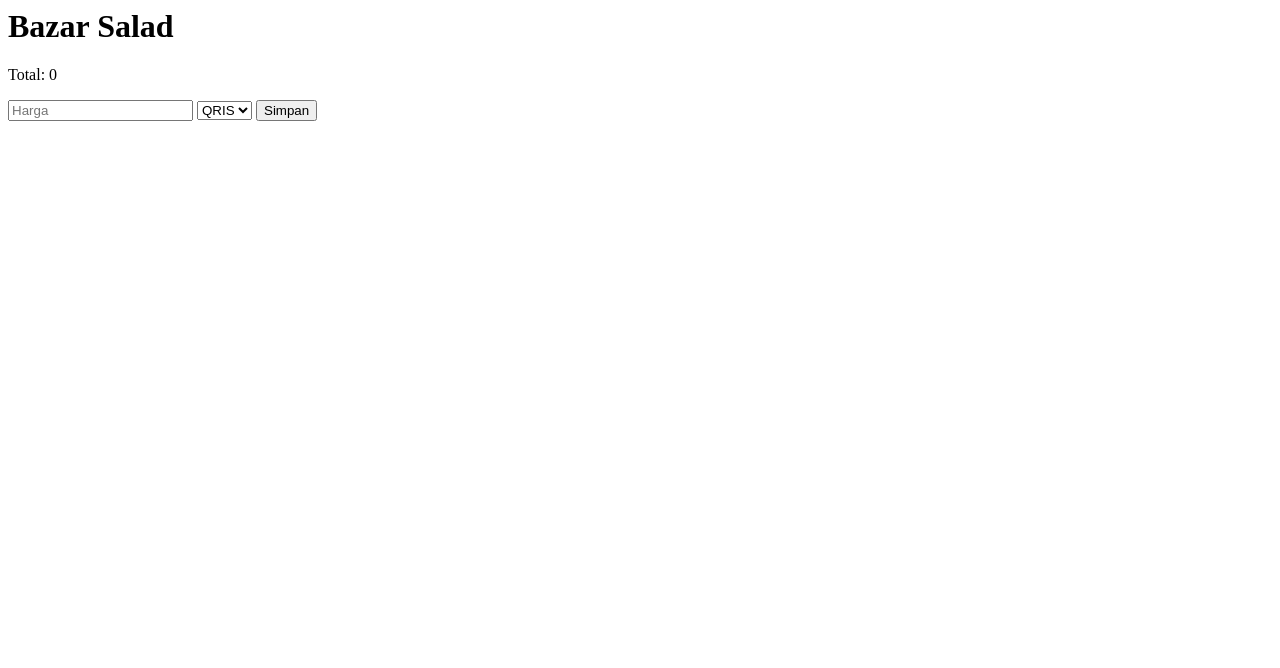
Repository: Tenno1208/bazar-app
Page: http://localhost/transaksi
An editor plug-in stored every save of this project. The page is shown before and after the next save, followed by the edit.
The browser window is 1280 px wide. The pictures show the whole page.
The page is served by the project's Laravel application, run on PHP 8.4 with Laravel 12. Queries for data that is not in the repository find no rows.

Above is the page before, as saved 2026-03-27 14:24:36.

After the next save:
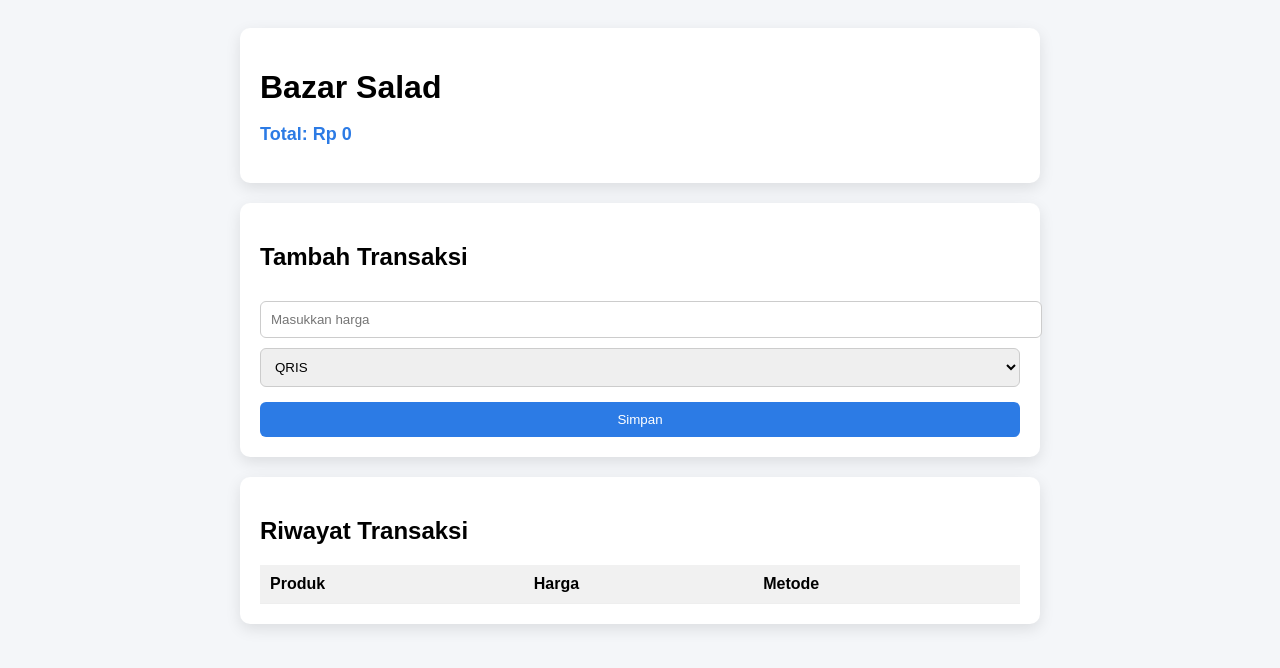
Saved 116 s later.
--- a/resources/views/dashboard.blade.php
+++ b/resources/views/dashboard.blade.php
@@ -1,22 +1,126 @@
-<h1>Bazar Salad</h1>
+<!DOCTYPE html>
+<html>
+<head>
+    <title>Bazar Salad</title>
+    <style>
+        body {
+            font-family: Arial, sans-serif;
+            background: #f4f6f9;
+            padding: 20px;
+        }
 
-<p>Total: {{ $total }}</p>
+        .container {
+            max-width: 800px;
+            margin: auto;
+        }
 
-<form action="/tambah" method="POST">
-@csrf
-<input name="harga" placeholder="Harga">
-<select name="metode">
-  <option value="qris">QRIS</option>
-  <option value="cash">Cash</option>
-</select>
-<button type="submit">Simpan</button>
-</form>
+        .card {
+            background: white;
+            padding: 20px;
+            border-radius: 10px;
+            box-shadow: 0 5px 15px rgba(0,0,0,0.1);
+            margin-bottom: 20px;
+        }
 
-<table>
-@foreach($data as $d)
-<tr>
-<td>{{ $d->harga }}</td>
-<td>{{ $d->metode }}</td>
-</tr>
-@endforeach
-</table>
+        h1 {
+            margin-bottom: 10px;
+        }
+
+        .total {
+            font-size: 18px;
+            font-weight: bold;
+            color: #2c7be5;
+        }
+
+        input, select {
+            width: 100%;
+            padding: 10px;
+            margin-top: 10px;
+            border-radius: 6px;
+            border: 1px solid #ccc;
+        }
+
+        button {
+            margin-top: 15px;
+            padding: 10px;
+            width: 100%;
+            background: #2c7be5;
+            color: white;
+            border: none;
+            border-radius: 6px;
+            cursor: pointer;
+        }
+
+        button:hover {
+            background: #1a5edb;
+        }
+
+        table {
+            width: 100%;
+            border-collapse: collapse;
+            margin-top: 10px;
+        }
+
+        th, td {
+            padding: 10px;
+            border-bottom: 1px solid #eee;
+            text-align: left;
+        }
+
+        th {
+            background: #f1f1f1;
+        }
+    </style>
+</head>
+<body>
+
+<div class="container">
+
+    <div class="card">
+        <h1>Bazar Salad</h1>
+        <p class="total">Total: Rp {{ number_format($total) }}</p>
+    </div>
+
+    <div class="card">
+        <h2>Tambah Transaksi</h2>
+
+        <form action="/tambah" method="POST">
+            @csrf
+
+            <input type="hidden" name="produk" value="Salad Buah">
+
+            <input name="harga" placeholder="Masukkan harga">
+
+            <select name="metode">
+                <option value="qris">QRIS</option>
+                <option value="cash">Cash</option>
+            </select>
+
+            <button type="submit">Simpan</button>
+        </form>
+    </div>
+
+    <div class="card">
+        <h2>Riwayat Transaksi</h2>
+
+        <table>
+            <tr>
+                <th>Produk</th>
+                <th>Harga</th>
+                <th>Metode</th>
+            </tr>
+
+            @foreach($data as $d)
+            <tr>
+                <td>{{ $d->produk }}</td>
+                <td>Rp {{ number_format($d->harga) }}</td>
+                <td>{{ strtoupper($d->metode) }}</td>
+            </tr>
+            @endforeach
+        </table>
+    </div>
+
+</div>
+
+</body>
+</html>
